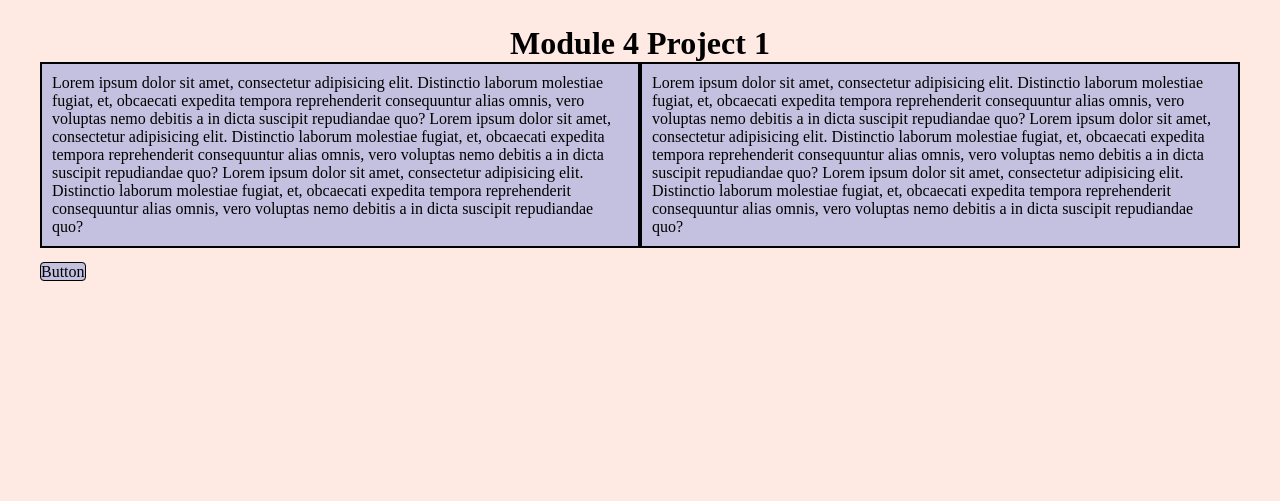
Repository: mlmEFSC21/P6-External-Style-Sheet
Page: index.html
The author's editor kept a copy of each file at every save. The page is drawn from the files as they stood at one save, then again after the next save.
The browser window is 1280 px wide. The pictures show the whole page.

Above is the page before, as saved 2022-02-13 17:04:22.

### index.html
<!DOCTYPE html>
<html lang="en">
    <head>
        <meta charset="UTF-8" />
        <meta http-equiv="X-UA-Compatible" content="IE=edge" />
        <meta name="viewport" content="width=device-width, initial-scale=1.0" />
        <link rel="stylesheet" href="Styles.css" />
        <title>External Style Sheets</title>
    </head>
    <header><h1>Module 4 Project 1</h1></header>
    <body>
        <div class="floatContainer">
            <div>
                <p class="p1">
                    Lorem ipsum dolor sit amet, consectetur adipisicing elit. Distinctio laborum
                    molestiae fugiat, et, obcaecati expedita tempora reprehenderit consequuntur
                    alias omnis, vero voluptas nemo debitis a in dicta suscipit repudiandae quo?
                    Lorem ipsum dolor sit amet, consectetur adipisicing elit. Distinctio laborum
                    molestiae fugiat, et, obcaecati expedita tempora reprehenderit consequuntur
                    alias omnis, vero voluptas nemo debitis a in dicta suscipit repudiandae quo?
                    Lorem ipsum dolor sit amet, consectetur adipisicing elit. Distinctio laborum
                    molestiae fugiat, et, obcaecati expedita tempora reprehenderit consequuntur
                    alias omnis, vero voluptas nemo debitis a in dicta suscipit repudiandae quo?
                </p>
            </div>
            <div>
                <p class="p2">
                    Lorem ipsum dolor sit amet, consectetur adipisicing elit. Distinctio laborum
                    molestiae fugiat, et, obcaecati expedita tempora reprehenderit consequuntur
                    alias omnis, vero voluptas nemo debitis a in dicta suscipit repudiandae quo?
                    Lorem ipsum dolor sit amet, consectetur adipisicing elit. Distinctio laborum
                    molestiae fugiat, et, obcaecati expedita tempora reprehenderit consequuntur
                    alias omnis, vero voluptas nemo debitis a in dicta suscipit repudiandae quo?
                    Lorem ipsum dolor sit amet, consectetur adipisicing elit. Distinctio laborum
                    molestiae fugiat, et, obcaecati expedita tempora reprehenderit consequuntur
                    alias omnis, vero voluptas nemo debitis a in dicta suscipit repudiandae quo?
                </p>
            </div>
        </div>
        <div class="button"><a href="" class="button">Button</a></div>
    </body>
</html>

### Styles.css
:root {
    /* --clr-font: black; */
    --clr-background: #ffe9e3;
    --clr-buttonBG: #c4c1e0;
    --clr-buttonHover: #7c73e6;
}
*,
*::before,
*::after {
    margin: 0;
    padding: 0;
    box-sizing: border-box;
}
header {
    text-align: center;
}
body {
    background-color: var(--clr-background);
    color: black;
    margin: 10px 25px;
    padding: 15px;
}
p {
    margin-bottom: 15px;
    padding: 10px;
    background-color: var(--clr-buttonBG);
}
.p1 {
    border: 2px solid black;
    float: left;
    width: 50%;
}
.p2 {
    border: 2px solid black;
    float: right;
    width: 50%;
}
.p2::after {
    content: "";
    clear: both;
}
div.button {
    width: 250px;
    height: 50px;
    background-color: hotpink;
}
a {
    text-decoration: none;
}
a.button {
    /* display: block; */
    border: 1px solid black;
    border-radius: 4px;
    width: 250px;
    height: 50px;
    background-color: var(--clr-buttonBG);
    color: var(--clr-button);
}
a.button:hover {
    background-color: var(--clr-buttonHover);
    color: var(--clr-buttonHover);
    cursor: pointer;
}

After the next save:
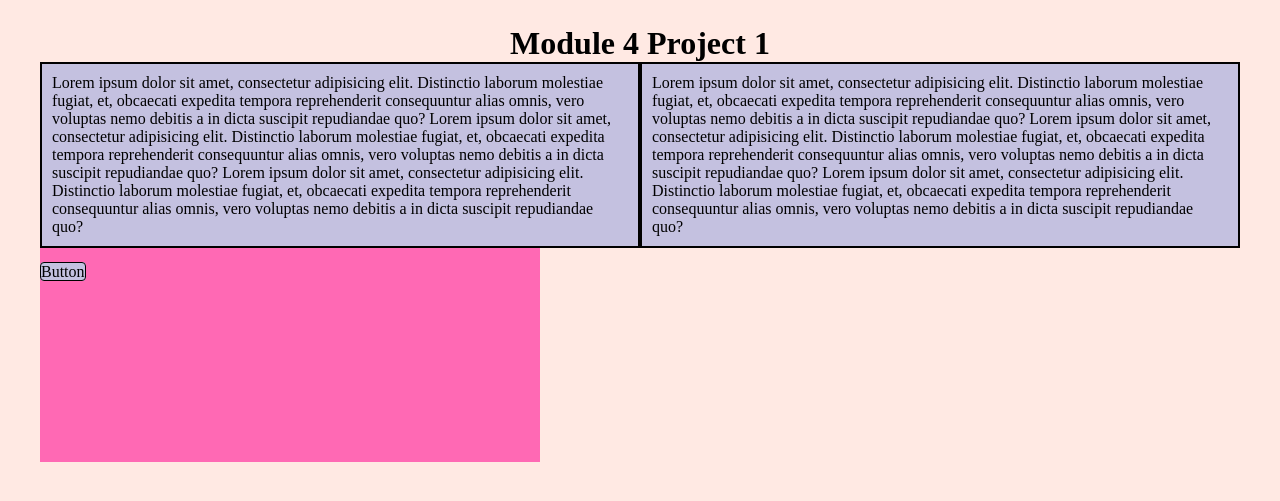
Saved 33 s later.
--- a/Styles.css
+++ b/Styles.css
@@ -40,15 +40,14 @@ p {
     clear: both;
 }
 div.button {
-    width: 250px;
-    height: 50px;
+    width: 500px;
+    height: 400px;
     background-color: hotpink;
 }
 a {
     text-decoration: none;
 }
 a.button {
-    /* display: block; */
     border: 1px solid black;
     border-radius: 4px;
     width: 250px;
